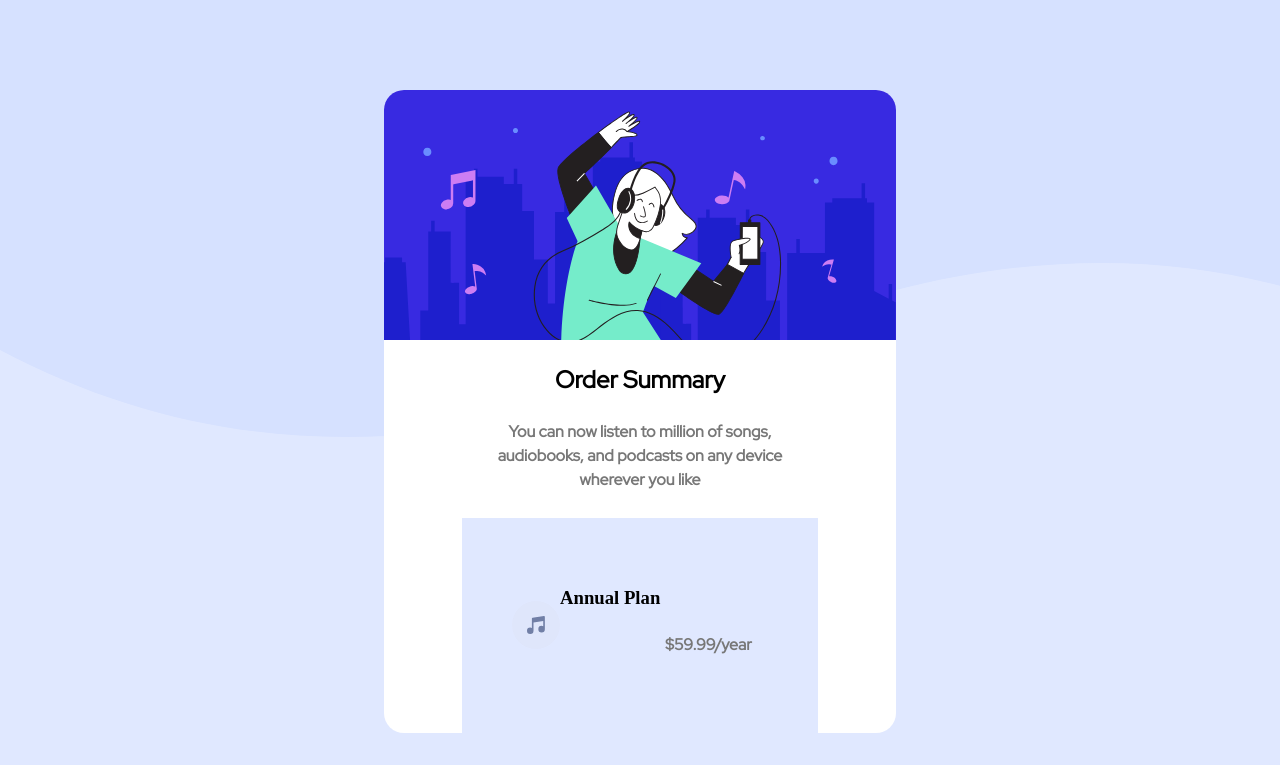
Repository: karanjain71/css-practice
Page: order-summary-component-main/index.html
An editor plug-in stored every save of this project. The page is shown before and after the next save, followed by the edit.
The browser window is 1280 px wide. The pictures show the whole page.

Above is the page before, as saved 2022-01-29 20:35:24.
Not found: order-summary-component-main/techhomie.com

### order-summary-component-main/index.html
<!DOCTYPE html>
<html lang="en">
<head>
  <meta charset="UTF-8">
  <meta name="viewport" content="width=device-width, initial-scale=1.0"> <!-- displays site properly based on user's device -->

  <link rel="icon" type="image/png" sizes="32x32" href="./images/favicon-32x32.png">

  <link rel="stylesheet" href="style.css">
  <link href='https://fonts.googleapis.com/css?family=Red Hat Display' rel='stylesheet'>
  <title>Frontend Mentor | Order summary card</title>


  </style>
</head>
<body>
    <div class="card">
      <img src="images/illustration-hero.svg" alt="">
      <h2>Order Summary</h2>
      <p>You can now listen to million of songs, audiobooks, and podcasts
        on any device wherever you like
      </p>
      <div class="card-plan">
        <img src="images/icon-music.svg" alt="">
        <div class="annual-plan">
          <h3>Annual Plan</h3>
          <p>$59.99/year</p>
        </div>
        <link rel="stylesheet" href="techhomie.com">

      </div>
    </div>


</body>
</html>

### order-summary-component-main/style.css
body{
    padding: 0%;
    margin: 0%;
    background-color: hsl(225, 100%, 94%);
    background-image: url(images/pattern-background-desktop.svg);
    background-repeat: no-repeat;
    object-fit: contain;

}
.card{
    background-color: white;
    border-radius: 20px;
    width: 40%;
    margin: auto;
    margin-top: 90px;
}
h2{
    text-align: center;
    font-family: "Red Hat Display";
    font-weight: bolder;
}
p{
    text-align: center;
    font-family: "Red Hat Display";
    font-weight: 600;
    padding: 5px 105px 10px 105px;
    line-height: 1.5em;
    color: #777;
}
img{
    width: 100%;
    object-fit: contain;
    border-radius: 20px 20px 0 0;

}
.card-plan{
    display: flex;
    width: 50%;
    margin: auto;
    padding: 50px;
    margin-bottom: 2em;
    background-color: hsl(225, 100%, 94%);
}

After the next save:
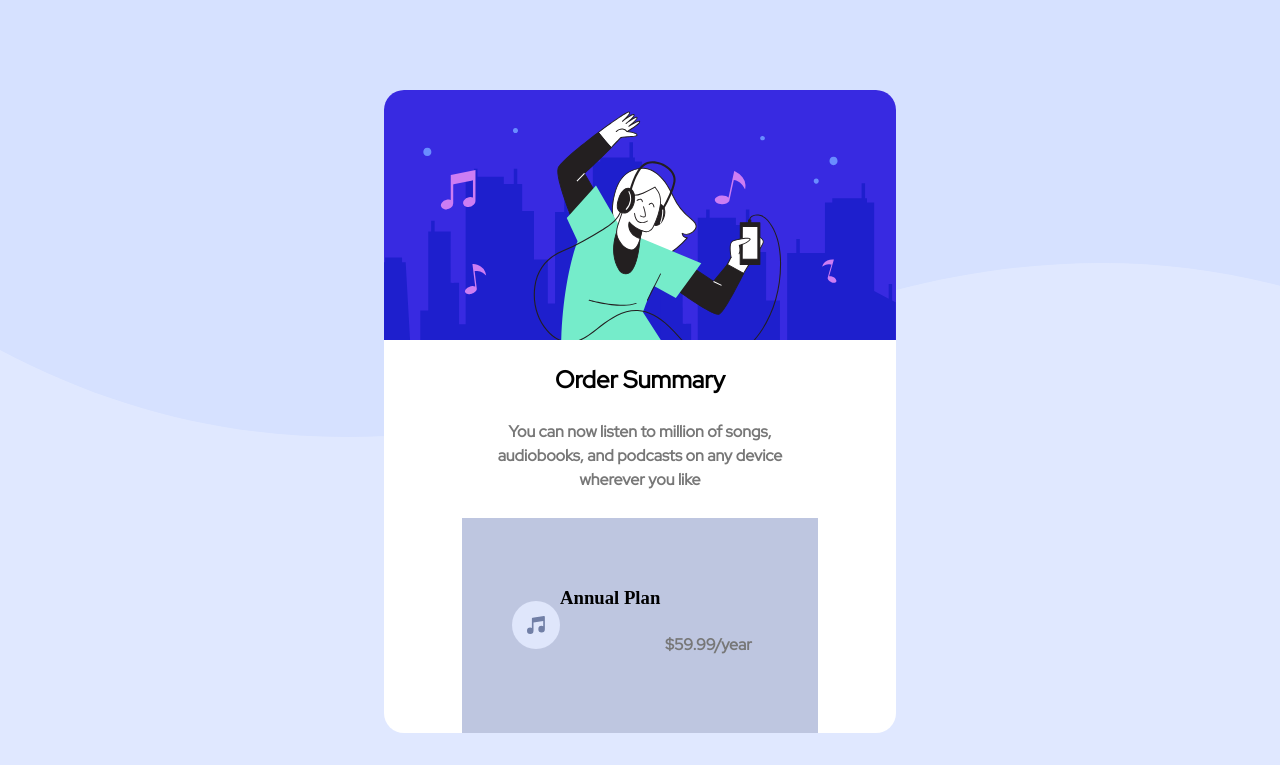
Saved 95 s later.
--- a/order-summary-component-main/style.css
+++ b/order-summary-component-main/style.css
@@ -39,5 +39,5 @@
     margin: auto;
     padding: 50px;
     margin-bottom: 2em;
-    background-color: hsl(225, 100%, 94%);
+    background-color: hsl(225, 35%, 81%);
 }
